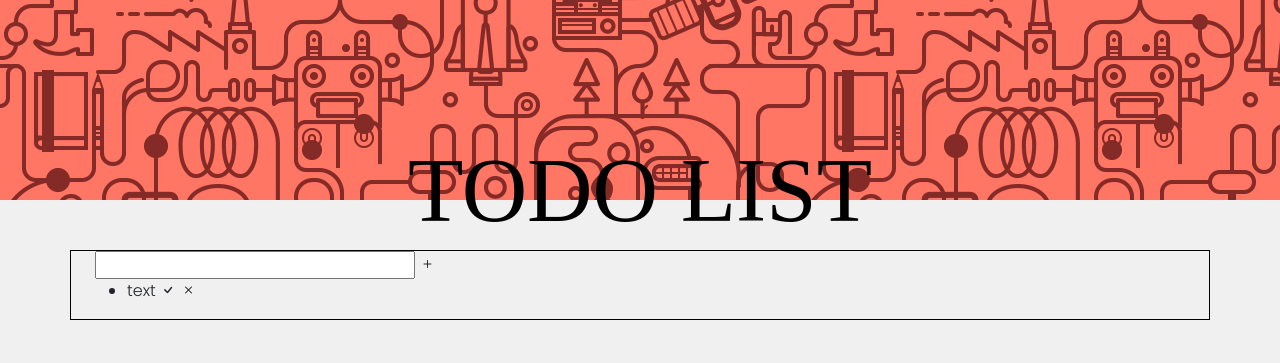
Repository: zum281/todo-list
Page: index.html
These files come from the project's save history. The page is drawn as it stood at one moment and after the next save; the edit follows.
The browser window is 1280 px wide. The pictures show the whole page.
Some web fonts or font styles are not loaded; a fallback is used. Some web libraries are served in a nearby version. The style sheet was rebuilt from its Sass, Less or Tailwind sources for each picture, by a compiler version that may differ from the author's.

Above is the page before, as saved 2021-03-05 16:00:16.

### index.html
<!DOCTYPE html>
<html lang="en">

    <head>
        <meta charset="UTF-8">
        <meta http-equiv="X-UA-Compatible" content="IE=edge">
        <meta name="viewport" content="width=device-width, initial-scale=1.0">

        <!-- Bootstrap CSS -->
        <link href="https://cdn.jsdelivr.net/npm/bootstrap@5.0.0-beta2/dist/css/bootstrap.min.css" rel="stylesheet"
            integrity="sha384-BmbxuPwQa2lc/FVzBcNJ7UAyJxM6wuqIj61tLrc4wSX0szH/Ev+nYRRuWlolflfl" crossorigin="anonymous">
        <!-- Option 1: Bootstrap Bundle with Popper -->
        <script src="https://cdn.jsdelivr.net/npm/bootstrap@5.0.0-beta2/dist/js/bootstrap.bundle.min.js"
            integrity="sha384-b5kHyXgcpbZJO/tY9Ul7kGkf1S0CWuKcCD38l8YkeH8z8QjE0GmW1gYU5S9FOnJ0" crossorigin="anonymous">
        </script>
        <link rel="stylesheet" href="https://cdn.jsdelivr.net/npm/bootstrap-icons@1.4.0/font/bootstrap-icons.css">
        <!--Jquery-->
        <script src="https://code.jquery.com/jquery-3.6.0.min.js"
            integrity="sha256-/xUj+3OJU5yExlq6GSYGSHk7tPXikynS7ogEvDej/m4=" crossorigin="anonymous"></script>

        <link rel="stylesheet" href="css/main.css">
        <title>Todo List</title>
    </head>

    <body>
        <div class="container-fluid head">

            <h1 class="title">TODO LIST</h1>
        </div>
        <div class="container main">
            <div class="container add-todo-box">
                <input type="text" name="add-todo" id="add-todo">
                <span><i class="bi bi-plus"></i></span>
            </div>
            <div class="container todo-list-container">
                <ul class="todo-list">
                    <li class="todo-item"><span>text</span> <span><i class="bi bi-check"></i></span> <span><i
                                class="bi bi-x"></i></span></li>
                </ul>
            </div>
        </div>
        <script src="js/main.js"></script>
    </body>

</html>

### sass/main.scss
@import url("https://fonts.googleapis.com/css2?family=Poppins:wght@300;400;500;600;700&display=swap");
@import url("https://fonts.googleapis.com/css2?family=Chelsea+Market&display=swap");

* {
    margin: 0;
    padding: 0;
    box-sizing: border-box;
}

body {
    font-weight: 300;
    font-family: "Poppins";
    background-color: #f0f0f0;
}
.head {
    min-height: 200px;
    background: url("/assets/science.png");
    background-repeat: repeat;
    display: flex;
    align-items: flex-end;
    justify-content: center;
}

.title {
    font-family: "Chelsea Market";
    text-align: center;
    font-size: 68pt;
    color: #000;
    transform: translateY(50%);
}

.main {
    display: flex;
    flex-direction: column;
    align-items: center;
    justify-content: center;
    margin-top: 50px;
    border: 1px solid black;
}

Loaded but not shown: js/main.js (common file)

After the next save:
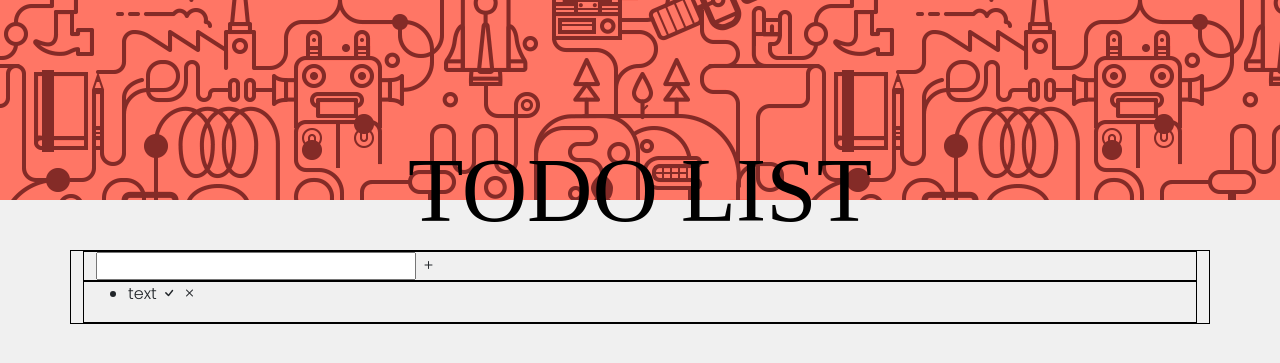
Saved 21 s later.
--- a/sass/main.scss
+++ b/sass/main.scss
@@ -28,12 +28,13 @@ body {
     color: #000;
     transform: translateY(50%);
 }
-
+.container {
+    border: 1px solid black;
+}
 .main {
     display: flex;
     flex-direction: column;
     align-items: center;
     justify-content: center;
     margin-top: 50px;
-    border: 1px solid black;
 }
